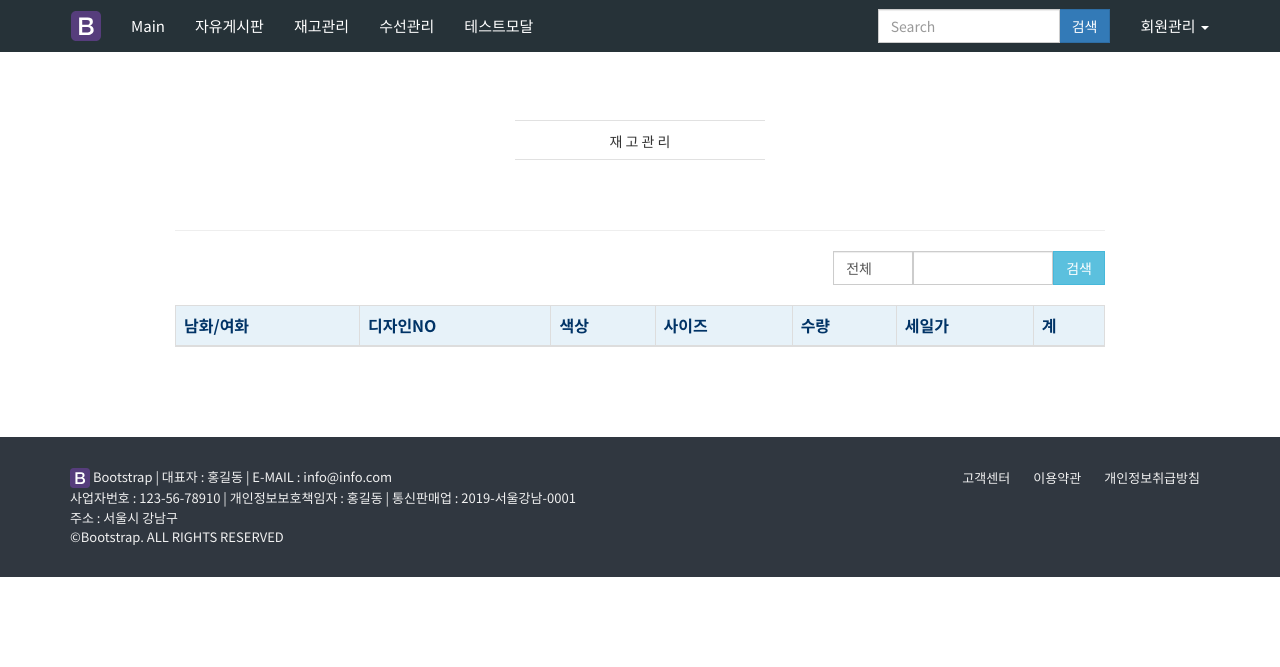
Repository: RattenLegs/Project_Inventory
Page: http://localhost/Project_Inventory/WEB-INF/views/inventoryboard/inventoryList.jsp
The author's editor kept a copy of each file at every save. The page is drawn from the files as they stood at one save, then again after the next save.
The browser window is 1280 px wide. The pictures show the whole page.
Some web libraries are served in a nearby version. The page is served by Tomcat 9. Nobody is signed in. Other server files are loaded and not shown. The template is opened directly, without the code that normally fills it, so the values that code supplies are empty.

Above is the page before, as saved 2023-02-13 15:49:03.
Console error: TypeError: Cannot read properties of null (reading 'addEventListener')

### Project_Inventory/src/main/webapp/WEB-INF/views/inventoryboard/inventoryList.jsp
<%@ taglib uri="http://java.sun.com/jsp/jstl/core" prefix="c"%>
<%@ taglib uri="http://java.sun.com/jsp/jstl/fmt" prefix="fmt"%>
<%@ page language="java" contentType="text/html; charset=UTF-8"
	pageEncoding="UTF-8"%>
<html>
<head>
<%@ include file="../../views/include/header.jsp"%>
<title>재고관리 시스템입니다.</title>

<link
	href="${pageContext.request.contextPath}/resources/modal/modal.css"
	rel="stylesheet">
</head>
<body>
	<section>
		<div class="container-fluid">
			<div class="row">
				<!--lg에서 9그리드, xs에서 전체그리드-->
				<div class="col-lg-9 col-xs-12 board-table">
					<div class="titlebox">
						<p>재 고 관 리</p>
					</div>

					<hr>
					<%@ include
						file="../../views/inventoryboard/inventorySearchForm.jsp"%>

					<table class="table table-bordered">
						<thead>
							<tr>
								<th>남화/여화</th>
								<th>디자인NO</th>
								<th>색상</th>
								<th>사이즈</th>
								<th>수량</th>
								<th>세일가</th>
								<th>계</th>
							</tr>
						</thead>

						<tbody>
						</tbody>

						<tfoot>
						</tfoot>

					</table>




					<%@ include file="../../views/inventoryboard/inventoryModalForm.jsp"%>
				</div>
			</div>
		</div>
	</section>
	<%@ include file="../../views/include/footer.jsp"%>
</body>
<script
	src="${pageContext.request.contextPath}/resources/modal/modal.js"></script>
</html>

### Project_Inventory/src/main/webapp/WEB-INF/views/include/header.jsp
<%@ page language="java" contentType="text/html; charset=UTF-8"
	pageEncoding="UTF-8"%>
<%@ taglib uri="http://java.sun.com/jsp/jstl/core" prefix="c"%>

<!DOCTYPE html>
<html>
<head>

<meta charset="utf-8">
<meta http-equiv="X-UA-Compatible" content="IE=edge">
<meta name="viewport" content="width=device-width, initial-scale=1">

<!--
		${pageContext.request.contextPath} == <c:url value='' />
	 -->

<link
	href="${pageContext.request.contextPath}/resources/css/bootstrap.css"
	rel="stylesheet">
<script
	src="https://ajax.googleapis.com/ajax/libs/jquery/1.11.2/jquery.min.js"></script>
<!--개인 디자인 추가-->
<link href="${pageContext.request.contextPath}/resources/css/style.css"
	rel="stylesheet">
<script
	src="${pageContext.request.contextPath}/resources/js/bootstrap.js"></script>
</head>


<body>
	<header>
		<div class="container-fluid">
			<div class="row">
				<div class="container">
					<div class="navbar">
						<div class="navbar-header">
							<!--data-toggle 같은 것들은 내부적으로 지원하는 반응형 API기능이므로 지우면 안됩니다-->
							<button type="button" class="navbar-toggle"
								data-toggle="collapse" data-target="#myNavbar">
								<span class="icon-bar"></span> <span class="icon-bar"></span> <span
									class="icon-bar"></span>
							</button>
							<a class="navbar-brand" href="#"><img width="30"
								src="${pageContext.request.contextPath }/resources/img/logo.svg"
								alt="Brand"></a>
						</div>


						<div class="collapse navbar-collapse" id="myNavbar">
							<ul class="nav navbar-nav">
								<li class="active"><a href="<c:url value='/' />">Main</a></li>
								<li><a href="<c:url value='/freeboard/freeList' />">자유게시판</a></li>
								<li><a
									href="<c:url value='/inventoryboard/inventoryList' />">재고관리</a></li>
								<li><a href="<c:url value='/repairboard/repairList' />">수선관리</a></li>
								<li><a href="<c:url value='/testModal/testModalMain' />">테스트모달</a></li>
								<!--
				<li><a href="#">강의</a></li>
                                <li><a href="#">Form</a></li>
                                <li><a href="#">Board</a></li>
 				-->

							</ul>
							<ul class="nav navbar-nav navbar-right">
								<li class="dropdown"><a class="dropdown-toggle"
									data-toggle="dropdown" href="#">회원관리 <span class="caret"></span></a>
									<ul class="dropdown-menu">
										<li><a href="<c:url value='/user/userLogin' />"><span
												class="glyphicon glyphicon-log-in"></span>Login</a></li>
										<li><a href="<c:url value='/user/userJoin' />"><span
												class="glyphicon glyphicon-user"></span></a></li>
										<!--                                         <li><a href="#"><span class="glyphicon glyphicon-user"></span>MyPage</a></li> -->
										<li><a href="#"><span
												class="glyphicon glyphicon-log-out"></span>Logout</a></li>
									</ul></li>
							</ul>

							<form class="navbar-form navbar-right" action="">
								<div class="input-group">
									<input type="text" class="form-control" placeholder="Search">
									<div class="input-group-btn">

										<button class="btn btn-primary" type="submit">검색</button>
									</div>
								</div>
							</form>
						</div>
					</div>
				</div>
			</div>
		</div>
	</header>

### Project_Inventory/src/main/webapp/WEB-INF/views/inventoryboard/inventorySearchForm.jsp
<%@ page language="java" contentType="text/html; charset=UTF-8"
    pageEncoding="UTF-8"%>


		<!-- form을 가져온다 -->
		<form action="<c:url value='/repairboard/repairList' />">
			<div class="search-wrap">
				<button type="submit" class="btn btn-info search-btn">검색</button>
				<input type="text" name="keyword" class="form-control search-input"
					value="${pc.paging.keyword}"> <select
					class="form-control search-select" name="condition">
					<option value="hi"
						${pc.paging.condition == 'title' ? 'selected' : ''}>전체</option>
					<option value="title"
						${pc.paging.condition == 'title' ? 'selected' : ''}>접수일</option>
					<option value="content"
						${pc.paging.condition == 'content' ? 'selected' : ''}>이름</option>
					<option value="writer"
						${pc.paging.condition == 'writer' ? 'selected' : ''}>연락처</option>
					<option value="titleContent"
						${pc.paging.condition == 'titleContent' ? 'selected' : ''}>디자인</option>
					<option value="titleContent"
						${pc.paging.condition == 'titleContent' ? 'selected' : ''}>내용</option>
					<option value="titleContent"
						${pc.paging.condition == 'titleContent' ? 'selected' : ''}>약속일</option>
					<option value="titleContent"
						${pc.paging.condition == 'titleContent' ? 'selected' : ''}>매장재고일</option>
					<option value="titleContent"
						${pc.paging.condition == 'titleContent' ? 'selected' : ''}>납품일</option>
				</select>
			</div>
		</form>

### Project_Inventory/src/main/webapp/WEB-INF/views/inventoryboard/inventoryModalForm.jsp
<%@ page language="java" contentType="text/html; charset=UTF-8"
    pageEncoding="UTF-8"%>


		<div class="background">
			<div class="window">
				<div class="modalyes">
					<form action="/inventoryboard/addInventoryCheck" method="post">
						<fieldset>
							<legend>등록 양식</legend>
							<p>
								<input type="checkbox" name="shoeGender" value="남화"> 남화
								&nbsp; <input type="checkbox" name="shoeGender" value="여화">
								여화 &nbsp; <br> # 디자인NO <input type="text" name="design"
									size="10"> <br> # 색상 <input type="text"
									name="color" size="10"> <br> # 사이즈 <input
									type="text" name="size" size="10"> <br> # 수량 <input
									type="text" name="num" size="10"> <br> # 세일가 <input
									type="text" name="price" size="10"> <br> # 계 <input
									type="text" name="sum" size="10"> <br> <input
									type="submit" value="확인">
							</p>
						</fieldset>

					</form>

					<button id="modalClose">모달 닫기</button>
				</div>
			</div>
		</div>

### Project_Inventory/src/main/webapp/WEB-INF/views/include/footer.jsp
<%@ page language="java" contentType="text/html; charset=UTF-8"
    pageEncoding="UTF-8"%>
    <footer>
        <div class="container">
            <div class="row">
                <div class="col-md-7 col-sm-12">
                    <div class="copyright">
                        <a href="">
                            <img width="20" src="${pageContext.request.contextPath }/resources/img/logo.svg" alt="Brand">
                        </a>
                        Bootstrap | 대표자 : 홍길동 | E-MAIL : info&#64;info.com<br>
                        사업자번호 : 123-56-78910 | 개인정보보호책임자 : 홍길동 | 통신판매업 : 2019-서울강남-0001<br>
                        주소 : 서울시 강남구
                        <address>&copy;Bootstrap. ALL RIGHTS RESERVED</address>
                    </div>
                </div>
                <div class="col-md-5 col-sm-12 text-right">
                    <ul class="footer-menu">
                        <li><a href="#">고객센터</a></li>
                        <li><a href="#">이용약관</a></li>
                        <li><a href="#">개인정보취급방침</a></li>
                    </ul>
                </div>
            </div>
        </div>
    </footer>
    <!-- //footer -->

### Project_Inventory/src/main/webapp/resources/css/style.css
/*=========웹폰트 선언=========*/
@import
	url('https://fonts.googleapis.com/css?family=Noto+Sans+KR&display=swap')
	;
/*===========================*/

/*디자인 시작시 기본 선언*/
* { /* 기본선언: 마딩, 패딩 0, 요소크기에 padding, border값을 포함 x*/
	padding: 0;
	margin: 0;
	box-sizing: border-box;
}

body, html {
	width: 100%;
	min-width: 320px;
	font-family: 'Noto Sans KR', sans-serif; /*웹폰트 사용*/
}

img {
	max-width: 100%; /*사이즈가 변해도 넓이를 유지 */
	height: auto; /*사이즈가 변해도 높이를 유지 */
	/*vertical-align: top;*/
}

input, textarea, button, select {
	/*고유하게 적용되어있는 form관련 요소들을 제거해서 여러브라우저에서 동일한디자인을 얻게함*/
	-webkit-appearance: none;
	-moz-appearance: none;
	appearance: none;
	border: none
}

ul, ol, dl, li {
	list-style: none /*순서 요소들이 리스트스타일을 업앤다 */
}

.btn {
	border-radius: 0px;
}

/*=========헤더=========*/
.carousel-control.right, .carousel-control.left {
	background-image: linear-gradient(to right, rgba(0, 0, 0, .0001) 0%,
		rgba(0, 0, 0, 0) 100%)
}
header {
	position: fixed;
	left: 0;
	top: 0;
	width: 100%;
	z-index: 50; /*position을 이용하면 요소가 겹쳐질 수 있다. 숫자가 제일 높은값이 위로 떠오른다*/
}
header {
	background: #263238;
}

section {
	margin-top: 50px;
}

/*header 의 모든 컨테이너 클래스에 적용함 */
header .container {
	padding: 0;
}
/*navbar의 margin: 0으로 */
.navbar {
	margin-bottom: 0px;
}
/*이미지 위치 조정 */
.navbar-brand {
	padding: 10px 15px;
}
/*nav의 a변경*/
.nav>li>a {
	font-size: 15px;
	color: white;
}
/*na의 a 호버시 기능 변경 */
.nav>li>a:hover, .nav>li>a:focus {
	background-color: #304047;
}

/* 토글메뉴 윤곽색 변경 */
.navbar-toggle {
	border-color: white;
}

.navbar-toggle>.icon-bar {
	background-color: white;
}
/*개발자도구에서 확인후 색깔변경*/
.nav .open>a:focus {
	background-color: #304047;
}
/*부트스트랩의 드롭다운시 a태그 색상변경  */
.dropdown-menu>li>a {
	color: #f5f5f5;
}
/*======슬라이더=======*/
.slide-list {
	padding: 0;
}
/* ===================================
    Footer style
====================================== */
footer {
	margin-top: 70px;
	background-color: #303740;
	padding: 30px 0;
}

footer .copyright {
	font-size: 13px;
	line-height: 20px;
	color: #f1f1f1;
}

footer .copyright address {
	margin-bottom: 0;
}

footer .footer-menu li {
	display: inline-block;
	padding: 0 10px;
}

footer .footer-menu li a {
	display: block;
	color: #f1f1f1;
	font-size: 13px;
}

/*===========본문=========== */
/*섹션전체에 패딩 추가*/
section {
	/*위 60px 나머지 0 */

}

.prod-list, .prod-link {
	border: 1px solid #ddd; /*윤곽 1, 한줄, 색상 */
	display: block; /* 블락요소로 변경 반드시 필요 */
	text-align: center; /*이미지 가운데 정렬*/
	/* position: relative;*/
}
/*기본 부트설정은 좌우 15px임 -> col에 대해 전부 5px로 바꿔버린다*/
.prod-list, .prod-list>li[class*="col-"] {
	padding: 5px;
}

/*호버기능 추가*/
.prod-link:hover {
	border-color: #4285F4;
}

.prod-link>.arrow {
	display: block; /*span은 인라인 요소입니다 인라인요소는 position속성을 사용할수 없습니다*/
	position: absolute;
	/*원래 위치에서 따로 띠어내어 부모위치로 조정한다 width, heigth를 필수로 지정해야한다*/
	left: 15px; /*좌우 위치조정 left, right 중 한개만쓴다*/
	bottom: 15px; /*위아래 위치조정 top, bottom 중한개만 쓴다 */
	width: 36px; /* 넓이값 조정 */
	height: 36px; /* 높이값 조정*/
	line-height: 36px; /*텍스트가 위치에 맞게 높이와 동일하게 설정 */
	background-color: #ccc;
	color: #fff;
	opacity: 1; /*투명도*/
}
/* .hover클래스의 넓이 색상 투명도*/
.prod-link>.hover {
	width: 100px;
	background-color: #4285F4;
	opacity: 0;
}
/*link호버시 arrow클래스를 투명도 0*/
.prod-link:hover>.arrow {
	opacity: 0;
}
/*link호버시 hover클래스를 투명도 1*/
.prod-link:hover>.hover {
	opacity: 1;
}

/*========회원가입 폼 디자인=========*/
/*제목박스(계속사용) */
.titlebox {
	width: 250px;
	text-align: center;
	height: 40px;
	line-height: 40px;
	margin: 70px auto;
	border-top: 1px solid #E1E1E1;
	border-bottom: 1px solid #E1E1E1;
}

.join-form {
	margin: 0 auto;
	/*가운대 정렬방법 하지만 적용되지 않는다. 이유는 col클래스들이 float:left를 들고 있기 때문*/
	float: none; /*플롯을 해제한다. 가운대정렬이 들어간다*/
}
/*조인폼클래스의 form태그의 접근 */
.join-form form {
	border-radius: 8px; /*윤곽 8*/
	padding: 15px; /*모든 패딩 15*/
	/*박스 쉐도우: 그림자가 가로로떨어진간격, 세로로떨어진 간격, 흐릿정도, 그림자색상*/
	box-shadow: 0px 8px 16px rgba(0, 0, 0, 0.15)
}

.input-group-addon {
	padding: 0;
	border: none; /*윤곽 모두 0*/
	border-radius: 0;
}
/*폼컨트롤, 인풋그룹 내부에 모든 버튼 라디우스 0 */
.form-control, .form-group .btn {
	border-radius: 0;
}
/*포커스시 윤곽 색 변경*/
.form-control:focus {
	border-color: #555;
}
/* 핸드폰폼 디자인 */
.input-group .phone1 {
	width: 33.3333%;
}

.input-group .phone2 {
	width: 66.6666%;
}
/*이메일폼 디자인 */
.email-form {
	box-sizing: border-box;
	overflow: hidden;
}

.email-form input {
	width: 33.33%;
	float: left;
}

.email-form select {
	width: 66.66%;
	float: left;
}
/*=========로그인 디자인==========*/
.login-form {
	margin: 0 auto;
	float: none;
}

.login-form form {
	border-radius: 8px; /*윤곽 8*/
	padding: 70px 120px; /*위아래, 좌우*/
	/*박스 쉐도우: 그림자가 가로로떨어진간격, 세로로떨어진 간격, 흐릿정도, 그림자색상*/
	box-shadow: 0px 8px 16px rgba(0, 0, 0, 0.15);
	margin-bottom: 174px; /*화면에 딱맞게 밀어준다*/
}

/*========회원정보 디자인=========*/
.m-control .m-title {
	min-width: 100px; /*화면줄었을때 최소크기*/
	vertical-align: middle; /*가운대 정렬*/
}

.m-control .form-control {
	width: 200px;
	display: inline; /*인라인요소로 변경한다*/
}
/*개발자 도구에서 input-sm의 정렬을 푼다*/
.m-control .input-sm {
	height: auto;
	line-height: normal;
}
/*sel의 크기만 지정*/
.m-control  .sel {
	width: 80px;
}

.m-control .add {
	width: 400px;
}

.titlefoot {
	text-align: center; /*인라인의 텍스트정렬 가운데*/
	margin: 30px auto; /*박스의 가운데정렬*/
	width: 50%; /*크기 50%*/
}

/*==========자게 디자인==========*/
.titlebox {
	width: 250px;
	text-align: center;
	height: 40px;
	line-height: 40px;
	margin: 70px auto;
	border-top: 1px solid #E1E1E1;
	border-bottom: 1px solid #E1E1E1;
}
/*자게 그리드*/
.board-table {
	float: none; /*col의 플로팅 해제 */
	margin: 0 auto;
}
/*---검색버튼--- */
.search-wrap {
	overflow: hidden; /*부모요소에 히든 */
	margin-bottom: 20px;
}

.search-btn, .search-input, .search-select {
	float: right; /*우측 플로팅 */
}

.search-input {
	width: 140px;
}

.search-select {
	width: 80px;
}

/*제목에 클래스를 줘서 강제로 크기 고정*/
.board-title {
	width: 300px;
}
/*th의 순차적 접근 색상변경 */
.table-bordered>thead>tr>th {
	background-color: #E7F2F9;
	color: #003366;
}

/*테이블 안에 a태그에 순차적 접근 */
.table-bordered>tbody>tr>td>a, .table-bordered>tbody>tr>td>a:hover {
	color: black;
}

.pagination {
	margin: 0; /*페이지 네이션의 기본 마진 0*/
}

.text-center .btn {
	float: right; /*오른쪽으로 쌓아서 우측정렬 시킨다*/
	border: 0; /*border스타일 해제*/
	border-radius: 0; /*윤곽 0*/
	padding: 5px 10px; /*버튼 패딩을 페이지네이션과 맞춘다*/
}

/*==========자게 글쓰기==========*/
.titlebox {
	width: 250px;
	text-align: center;
	height: 40px;
	line-height: 40px;
	margin: 70px auto;
	border-top: 1px solid #E1E1E1;
	border-bottom: 1px solid #E1E1E1;
}

.t-control .t-title {
	width: 100px;
	min-width: 100px; /*화면줄었을때 최소크기*/
	vertical-align: middle; /*테이블에서 세로 가운대정렬*/
}

/*input 요소의 넓이만 선택*/
.t-control input {
	width: 200px;
	display: inline; /*인라인요소로 변경한다*/
}

/*개발자 도구에서 input-sm의 정렬을 푼다*/
.t-control .input-sm {
	height: auto;
	line-height: normal;
}
/*td의 아래만 밑줄*/
.t-control td {
	border-bottom: 1px solid #E1E1E1;
}

.titlefoot {
	text-align: center;
	margin: 30px auto; /*박스의 가운데정렬*/
	width: 50%; /*크기 50%*/
}
/*==========자게 상세보기==========*/
.write-wrap {
	margin: 0 auto;
	/*가운대 정렬방법 하지만 적용되지 않는다. 이유는 col클래스들이 float:left를 들고 있기 때문*/
	float: none; /*플롯을 해제한다. 가운대정렬이 들어간다*/
}
/*=======댓글========*/
.reply-wrap {
	background-color: #f5f5f5;
	padding: 15px;
	border: 1px solid #ddd;
	position: relative; /*부모에 relative*/
}

.reply-wrap .reply-image {
	position: absolute; /*자식에서 absolute로 부모요소 위치로 조정*/
	left: 15px;
	top: 15px;
}

.reply-wrap .reply-content {
	padding-left: 60px;
}
/*부트스트랩의 form-control 조정 */
.reply-content>.form-control {
	resize: vertical; /*세로로만 조정가능*/
	width: 100%; /*최대 100%*/
	min-height: 80px; /*최대 넓이*/
	margin-bottom: 10px;
}

.reply-input>.form-control {
	width: 200px;
	margin-bottom: 5px;
}

.reply-group {
	overflow: hidden;
}

.reply-input {
	float: left;
}

.reply-group .right {
	float: right;
}

/*댓글 영역*/
.reply-group small {
	margin-left: 10px;
	height: 20px;
	line-height: 20px;
}

.reply-group small, .reply-group strong {
	float: left;
}

.reply-group a {
	text-decoration: none;
	color: #777;
	float: right;
}
/*댓글창 포커스시 서서히 보이기 */
.reply-content textarea {
	height: 50px;
	transition: height .4s ease-in-out;
}

.reply-content textarea:focus {
	height: 150px;
}
/*==========토글탭 mypage==========*/
.tabs-style {
	background-color: #607D8B;
}
/*탭버튼 아래 마진 50*/
.tabs-style {
	margin-bottom: 50px;
}

.tabs-style>li {
	margin-bottom: 0;
}

.tabs-style li a {
	background-color: #607D8B;
	border: none;
	margin: 0;
	border-radius: 0px;
}

.tabs-style li.active a, .tabs-style li.active a:hover, .tabs-style li.active a:focus
	{
	border: none;
	background-color: #56707D;
	color: #fff;
}

.myInfo {
	margin: 0 auto;
	float: none;
}

.myInfo-inner {
	margin: 0;
	float: none;
}

/*==========mypage check==========*/
.infoCheck {
	margin: 0 auto;
	float: none;
}

.infoCheck-form ul {
	width: 270px;
	margin: 0 auto;
}

.infoCheck-form li {
	position: relative;
	padding-left: 95px;
}

.infoCheck-form li .lab {
	font-size: 20px;
	position: absolute;
	top: 0;
	left: 0;
}

.infoCheck-form input {
	width: 170px;
	margin: 0;
}

.infoCheck .alert {
	margin-bottom: 50px;
	border-radius: 0;
}

.infoCheck-btn {
	width: 270px;
	margin-top: 40px;
	margin: 0 auto;
}

.infoCheck-btn button {
	margin-top: 20px;
	padding: 5px 51.5px;
}

### Project_Inventory/src/main/webapp/resources/img/logo.svg
<svg xmlns="http://www.w3.org/2000/svg" viewBox="0 0 612 612" focusable="false" role="img">
  <title>Bootstrap</title>
  <path fill="#563D7C" d="M612 510c0 56.1-45.9 102-102 102H102C45.9 612 0 566.1 0 510V102C0 45.9 45.9 0 102 0h408c56.1 0 102 45.9 102 102v408z"/>
  <path fill="#FFF" d="M166.3 133h173.5c32 0 57.7 7.3 77 22s29 36.8 29 66.5c0 18-4.4 33.4-13.2 46.2-8.8 12.8-21.4 22.8-37.8 29.8v1c22 4.7 38.7 15.1 50 31.2 11.3 16.2 17 36.4 17 60.8 0 14-2.5 27.1-7.5 39.2-5 12.2-12.8 22.7-23.5 31.5s-24.3 15.8-41 21-36.5 7.8-59.5 7.8h-164V133zm62.5 149.5h102c15 0 27.5-4.2 37.5-12.8s15-20.8 15-36.8c0-18-4.5-30.7-13.5-38s-22-11-39-11h-102v98.6zm0 156.5h110.5c19 0 33.8-4.9 44.2-14.8 10.5-9.8 15.8-23.8 15.8-41.8 0-17.7-5.2-31.2-15.8-40.8s-25.2-14.2-44.2-14.2H228.8V439z"/>
</svg>

### Project_Inventory/src/main/webapp/resources/modal/modal.css
.background {
	position: fixed;
	top: 0;
	left: 0;
	width: 100%;
	height: 100vh;
	background-color: rgba(0, 0, 0, 0.3);
	z-index: 1000;
	/* 숨기기 */
	z-index: -1;
	opacity: 0;
}

.modalOpen {
	opacity: 1;
	z-index: 1000;
	transition: all .5s;
}

.window {
	position: relative;
	width: 100%;
	height: 100%;
}

.modalyes {
	position: absolute;
	top: 50%;
	left: 50%;
	transform: translate(-50%, -50%);
	background-color: #ffffff;
	box-shadow: 0 2px 7px rgba(0, 0, 0, 0.3);
	/* 임시 지정 */
	width: 50%;
	height: 50%;
	/* 초기에 약간 아래에 배치 */
	transform: translate(-50%, -40%);
}

.modalOpen .modalyes {
	transform: translate(-50%, -50%);
	transition: all .5s;
}

### Project_Inventory/src/main/webapp/resources/modal/modal.js
function modalOpen() {
		document.querySelector(".background").className = "background modalOpen";
	}

	function close() {
		document.querySelector(".background").className = "background";
	}

	document.querySelector("#modalOpen").addEventListener("click", modalOpen);
	document.querySelector("#modalClose").addEventListener("click", close);

### Project_Inventory/src/main/webapp/WEB-INF/views/inventoryboard/addInventoryForm.jsp
<%@ taglib uri="http://java.sun.com/jsp/jstl/core" prefix="c"%>
<%@ taglib uri="http://java.sun.com/jsp/jstl/fmt" prefix="fmt"%>
<%@ page language="java" contentType="text/html; charset=UTF-8"
	pageEncoding="UTF-8"%>

<!--페이지 네이션을 가져옴-->
<form action="<c:url value='/inventoryboard/inventoryList' />"
	name="pageForm">
	<div class="text-center">
		<hr>
		<ul id="pagination" class="pagination pagination-sm">
			<c:if test="${pc.prev}">
				<li><a href="#" data-pagenum="${pc.beginPage-1}">이전</a></li>
			</c:if>

			<c:forEach var="num" begin="${pc.beginPage}" end="${pc.endPage}">
				<li class="${pc.paging.pageNum == num ? 'active' : ''}"><a
					href="#" data-pagenum="${num}">${num}</a></li>
			</c:forEach>

			<c:if test="${pc.next}">
				<li><a href="#" data-pagenum="${pc.endPage+1}">다음</a></li>
			</c:if>
		</ul>
		<button type="button" class="btn btn-info">재고삭제</button>
		<button type="button" class="btn btn-info">재고수정</button>
		<button type="button" id="modalOpen" class="btn btn-info">재고등록</button>
	</div>


	<!-- 페이지 관련 버튼(이전, 다음, 페이지번호)을 클릭 시 같이 숨겨서 보내줄 공통 값  -->
	<input type="hidden" name="pageNum" value="${pc.paging.pageNum}">
	<input type="hidden" name="cpp" value="${pc.paging.cpp}"> <input
		type="hidden" name="condition" value="${pc.paging.condition}">
	<input type="hidden" name="keyword" value="${pc.paging.keyword}">
</form>

Loaded but not shown: Project_Inventory/src/main/webapp/resources/css/bootstrap.css (library); Project_Inventory/src/main/webapp/resources/js/bootstrap.js (library)

After the next save:
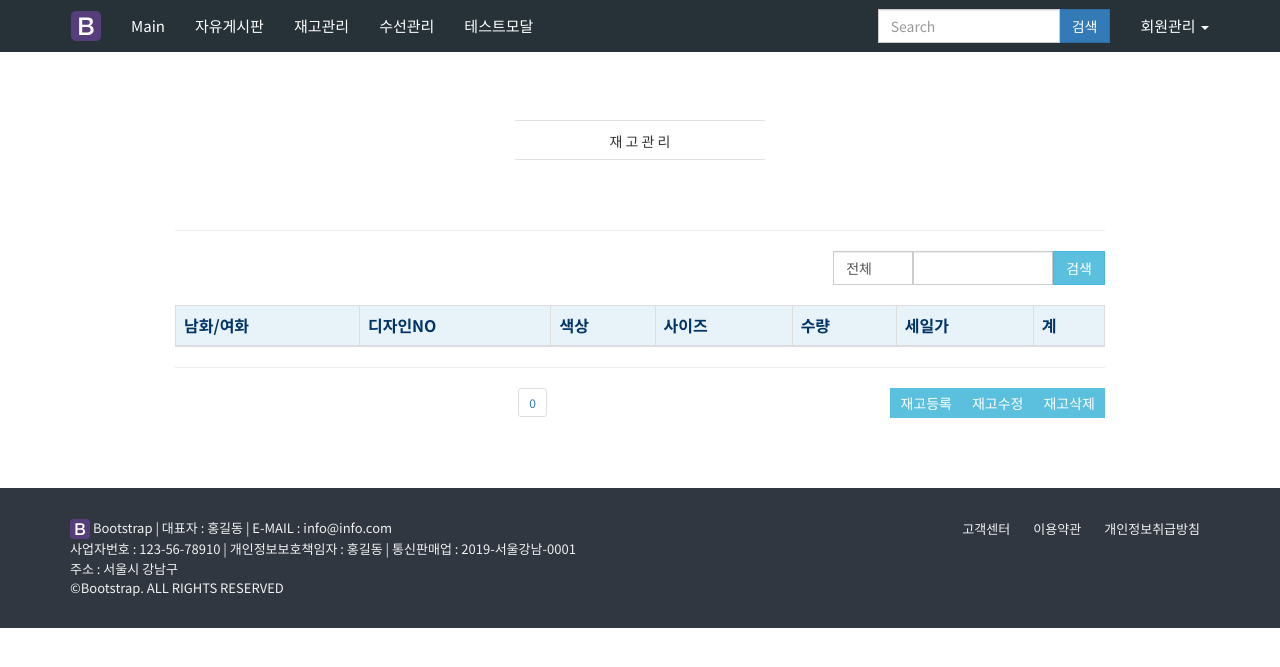
The error is gone.
Saved 16 s later.
--- a/Project_Inventory/src/main/webapp/WEB-INF/views/inventoryboard/inventoryList.jsp
+++ b/Project_Inventory/src/main/webapp/WEB-INF/views/inventoryboard/inventoryList.jsp
@@ -47,7 +47,8 @@
 					</table>
 
 
-
+					<%@ include
+						file="../../views/inventoryboard/addInventoryForm.jsp"%>
 
 					<%@ include file="../../views/inventoryboard/inventoryModalForm.jsp"%>
 				</div>
